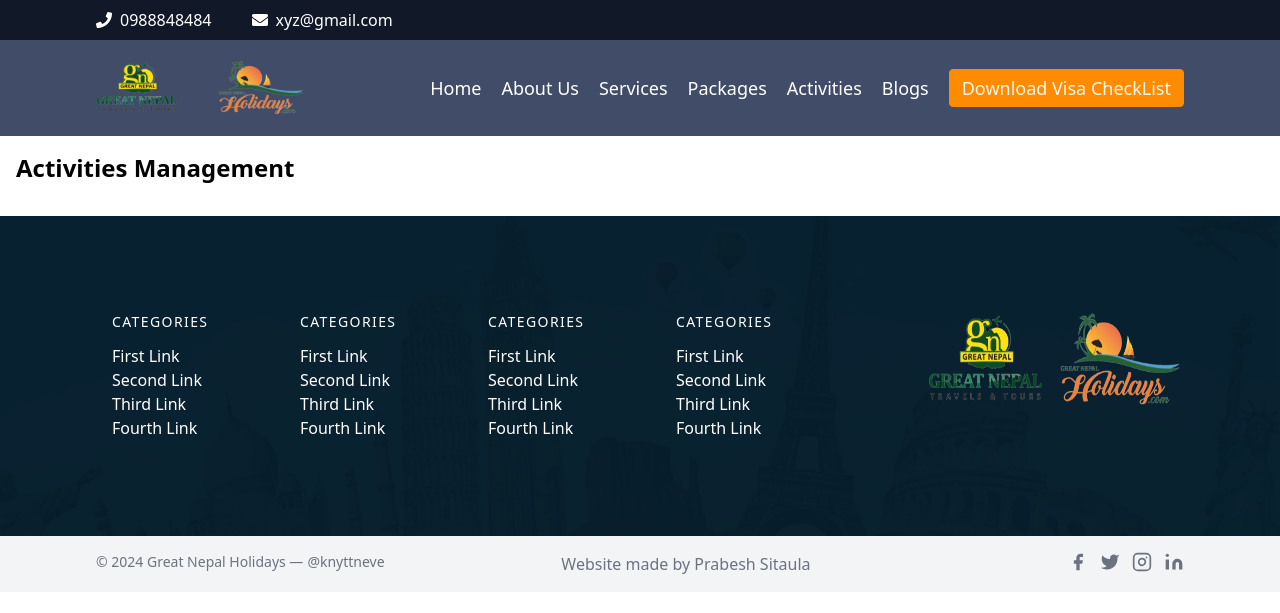
Repository: prabeshsitaula07/greatnepalholidays
Page: /aa (app in frontend/)
The author's editor kept a copy of each file at every save. The page is drawn from the files as they stood at one save, then again after a run of saves.
The browser window is 1280 px wide. The pictures show the whole page.
The page's requests for data from a server got no answer. Some web fonts or font styles are not loaded; a fallback is used. The project was rebuilt for these pictures with package versions that can differ from the ones it lists, and the page was loaded fresh each time. No one was signed in, and anything a server would have sent is missing. Also part of the build but not shown: frontend/vite.config.ts, frontend/src/components/Contact/Contact.tsx, frontend/src/components/AboutUs/Gallery.tsx, frontend/src/components/Package/InternationalPackage.tsx, frontend/src/components/Package/NepalPackage.tsx, frontend/src/components/Services/TripHandling.tsx, frontend/src/components/Team/Team.tsx, frontend/src/components/Testimonial/Testimonial.tsx and 5 more. Imported but missing from the stored project, and not drawn on this page: frontend/src/assets/bgvideo.mp4.

Above is the page before, as saved 2024-11-27 10:56:00.

### frontend/index.html
<!doctype html>
<html lang="en">
  <head>
    <meta charset="UTF-8" />
    <link rel="icon" type="image/svg+xml" href="/icon.png" />
    <meta name="viewport" content="width=device-width, initial-scale=1.0" />
    <title>Vite + React + TS</title>
  </head>
  <body>
    <div id="root"></div>
    <script type="module" src="/src/main.tsx"></script>
  </body>
</html>

### frontend/src/index.css
@import url('https://fonts.googleapis.com/css2?family=Arima:wght@100..700&family=Parkinsans:wght@300..800&display=swap');
@import url('https://fonts.googleapis.com/css2?family=Arima:wght@100..700&family=Fira+Sans:ital,wght@0,100;0,200;0,300;0,400;0,500;0,600;0,700;0,800;0,900;1,100;1,200;1,300;1,400;1,500;1,600;1,700;1,800;1,900&family=Parkinsans:wght@300..800&display=swap');

@tailwind base;
@tailwind components;
@tailwind utilities;

### frontend/src/App.tsx
import { BrowserRouter as Router, Routes, Route } from 'react-router-dom';
import Navbar from "./components/Navbar/Navbar";
import Home from "./components/Home/Home";
// import About from "./components/About/About"; // Example of another page
import Footer from "./components/Footer/Footer"; // Assuming you have a Footer component
import P from './P';
import Aa from './components/Package/aa';

export default function App() {
  return (
    <Router>
      <Navbar />  {/* Navbar is always visible */}
      <Routes>
        <Route path="/" element={<Home />} />
        <Route path="/p" element={<P />} />
        <Route path="/aa" element={<Aa />} />
      </Routes>
      <Footer />
    </Router>
  );
}

### frontend/src/components/Navbar/Navbar.tsx
import { Link } from 'react-router-dom';
import { useState, useEffect } from 'react';
import { FaPhone, FaEnvelope } from 'react-icons/fa';
import logo1 from '../../assets/logo1.png';
import logo2 from '../../assets/logo2.png';

export default function Navbar() {
    const [isScrolled, setIsScrolled] = useState(false);

    // Detect scroll and update navbar background and position
    useEffect(() => {
        const handleScroll = () => {
            if (window.scrollY > 50) {
                setIsScrolled(true);  // Fix the navbar to the top when scrolled past 50px
            } else {
                setIsScrolled(false); // Keep the navbar in normal flow when at the top
            }
        };

        window.addEventListener('scroll', handleScroll);

        // Clean up the event listener on component unmount
        return () => {
            window.removeEventListener('scroll', handleScroll);
        };
    }, []);

    return (
        <>
            <div className='w-full bg-darktheme flex gap-10 px-5 py-2 md:px-24'>
                <span className='text-white flex items-center'>
                    <FaPhone className="mr-2" /> 0988848484
                </span>
                <span className='text-white flex items-center'>
                    <FaEnvelope className="mr-2" /> xyz@gmail.com
                </span>
            </div>

            <header
                className={`text-black body-font w-full z-20 transition-all duration-300 ${isScrolled ? 'fixed top-0 bg-primary shadow-md' : 'bg-[#2f3c5ae8] text-white'}`}
            >

                <div className="container mx-auto flex flex-wrap p-5 md:px-24 flex-col md:flex-row items-center">
                    <div className="flex title-font font-medium items-center mb-4 md:mb-0 gap-10">
                        <Link to='/'>
                            <img src={logo1} alt="" className='h-14 w-auto' />
                        </Link>
                        <Link to='/'>
                            <img src={logo2} alt="" className='h-14 w-auto' />
                        </Link>
                    </div>
                    <nav className="md:ml-auto flex flex-wrap items-center justify-center text-lg">
                        <Link to='' className="mr-5 hover:text-darkorange">Home</Link>
                        <Link to='' className="mr-5 hover:text-darkorange">About Us</Link>
                        <Link to='' className="mr-5 hover:text-darkorange">Services</Link>
                        <Link to='' className="mr-5 hover:text-darkorange">Packages</Link>
                        <Link to='' className="mr-5 hover:text-darkorange">Activities</Link>
                        <Link to='' className="mr-5 hover:text-darkorange">Blogs</Link>
                    </nav>
                    <button className="inline-flex items-center text-primary bg-darkorange border border-darkorange py-1 px-3 focus:outline-none hover:bg-primary text-lg hover:text-darkorange rounded mt-4 md:mt-0">
                        Download Visa CheckList
                    </button>
                </div>
            </header>
        </>
    );
}

### frontend/src/components/Footer/Footer.tsx
import { Link } from "react-router-dom";
import logo1 from '../../assets/logo1.png';
import logo2 from '../../assets/logo2.png';
import footerbg from '../../assets/footerbg.png';
export default function Footer() {
    return (
        <footer
            className="text-white body-font bg-cover bg-center"
            style={{
                backgroundImage: `url(${footerbg})`,
            }}
        >
            <div className="container px-5 py-24 md:px-24 mx-auto flex md:items-center lg:items-start md:flex-row md:flex-nowrap flex-wrap flex-col">
                <div className="w-64 flex gap-4 md:mx-0 mx-auto text-center md:text-left md:mt-0 mt-10">
                    <Link to='/'>
                        <img src={logo1} alt="" className="h-24" />
                    </Link>
                    <Link to='/'>
                        <img src={logo2} alt="" className="h-24" />
                    </Link>
                </div>
                <div className="flex-grow flex flex-wrap md:pr-20 -mb-10 md:text-left text-center order-first">
                    <div className="lg:w-1/4 md:w-1/2 w-full px-4">
                        <h2 className="title-font font-medium text-white tracking-widest text-sm mb-3">CATEGORIES</h2>
                        <nav className="list-none mb-10">
                            <li>
                                <Link to='' className="text-white hover:text-gray-800">First Link</Link>
                            </li>
                            <li>
                                <Link to='' className="text-white hover:text-gray-800">Second Link</Link>
                            </li>
                            <li>
                                <Link to='' className="text-white hover:text-gray-800">Third Link</Link>
                            </li>
                            <li>
                                <Link to='' className="text-white hover:text-gray-800">Fourth Link</Link>
                            </li>
                        </nav>
                    </div>
                    <div className="lg:w-1/4 md:w-1/2 w-full px-4">
                        <h2 className="title-font font-medium text-white tracking-widest text-sm mb-3">CATEGORIES</h2>
                        <nav className="list-none mb-10">
                            <li>
                                <Link to='' className="text-white hover:text-gray-800">First Link</Link>
                            </li>
                            <li>
                                <Link to='' className="text-white hover:text-gray-800">Second Link</Link>
                            </li>
                            <li>
                                <Link to='' className="text-white hover:text-gray-800">Third Link</Link>
                            </li>
                            <li>
                                <Link to='' className="text-white hover:text-gray-800">Fourth Link</Link>
                            </li>
                        </nav>
                    </div>
                    <div className="lg:w-1/4 md:w-1/2 w-full px-4">
                        <h2 className="title-font font-medium text-white tracking-widest text-sm mb-3">CATEGORIES</h2>
                        <nav className="list-none mb-10">
                            <li>
                                <Link to='' className="text-white hover:text-gray-800">First Link</Link>
                            </li>
                            <li>
                                <Link to='' className="text-white hover:text-gray-800">Second Link</Link>
                            </li>
                            <li>
                                <Link to='' className="text-white hover:text-gray-800">Third Link</Link>
                            </li>
                            <li>
                                <Link to='' className="text-white hover:text-gray-800">Fourth Link</Link>
                            </li>
                        </nav>
                    </div>
                    <div className="lg:w-1/4 md:w-1/2 w-full px-4">
                        <h2 className="title-font font-medium text-white tracking-widest text-sm mb-3">CATEGORIES</h2>
                        <nav className="list-none mb-10">
                            <li>
                                <Link to='' className="text-white hover:text-gray-800">First Link</Link>
                            </li>
                            <li>
                                <Link to='' className="text-white hover:text-gray-800">Second Link</Link>
                            </li>
                            <li>
                                <Link to='' className="text-white hover:text-gray-800">Third Link</Link>
                            </li>
                            <li>
                                <Link to='' className="text-white hover:text-gray-800">Fourth Link</Link>
                            </li>
                        </nav>
                    </div>
                </div>
            </div>
            <div className="bg-gray-100">
                <div className="container mx-auto py-4 px-5 md:px-24 flex flex-wrap flex-col sm:flex-row">
                    <p className="text-gray-500 text-sm text-center sm:text-left">© 2024 Great Nepal Holidays —
                        <Link to='https://twitter.com/knyttneve' rel="noopener noreferrer" className="text-gray-500 ml-1" target="_blank">@knyttneve</Link>
                    </p>
                    <span className="text-gray-500 mx-auto md:px-24">
                        Website made by <a href="https://prabeshsitaula.com.np/" target="_blank">Prabesh Sitaula</a>
                    </span>
                    <span className="inline-flex sm:ml-auto sm:mt-0 mt-2 justify-center sm:justify-start">
                        <Link to='' className="text-gray-500">
                            <svg fill="currentColor" stroke-linecap="round" stroke-linejoin="round" stroke-width="2" className="w-5 h-5" viewBox="0 0 24 24">
                                <path d="M18 2h-3a5 5 0 00-5 5v3H7v4h3v8h4v-8h3l1-4h-4V7a1 1 0 011-1h3z"></path>
                            </svg>
                        </Link>
                        <Link to='' className="ml-3 text-gray-500">
                            <svg fill="currentColor" stroke-linecap="round" stroke-linejoin="round" stroke-width="2" className="w-5 h-5" viewBox="0 0 24 24">
                                <path d="M23 3a10.9 10.9 0 01-3.14 1.53 4.48 4.48 0 00-7.86 3v1A10.66 10.66 0 013 4s-4 9 5 13a11.64 11.64 0 01-7 2c9 5 20 0 20-11.5a4.5 4.5 0 00-.08-.83A7.72 7.72 0 0023 3z"></path>
                            </svg>
                        </Link>
                        <Link to='' className="ml-3 text-gray-500">
                            <svg fill="none" stroke="currentColor" stroke-linecap="round" stroke-linejoin="round" stroke-width="2" className="w-5 h-5" viewBox="0 0 24 24">
                                <rect width="20" height="20" x="2" y="2" rx="5" ry="5"></rect>
                                <path d="M16 11.37A4 4 0 1112.63 8 4 4 0 0116 11.37zm1.5-4.87h.01"></path>
                            </svg>
                        </Link>
                        <Link to='' className="ml-3 text-gray-500">
                            <svg fill="currentColor" stroke="currentColor" stroke-linecap="round" stroke-linejoin="round" stroke-width="0" className="w-5 h-5" viewBox="0 0 24 24">
                                <path stroke="none" d="M16 8a6 6 0 016 6v7h-4v-7a2 2 0 00-2-2 2 2 0 00-2 2v7h-4v-7a6 6 0 016-6zM2 9h4v12H2z"></path>
                                <circle cx="4" cy="4" r="2" stroke="none"></circle>
                            </svg>
                        </Link>
                    </span>
                </div>
            </div>
        </footer>
    )
}

### frontend/src/components/Package/aa.tsx
// src/App.tsx

import { useState, useEffect } from 'react';
import { BrowserRouter as Router, Routes, Route, Link, useNavigate } from 'react-router-dom';
import axios from 'axios';

interface Activity {
  id: number;
  activity: string;
  place: string;
  price: string;
  country: string;
  imageurl: string;
  description: string;
}

const App = () => {
  const [activities, setActivities] = useState<Activity[]>([]);
  const navigate = useNavigate();

  useEffect(() => {
    fetchActivities();
  }, []);

  // Fetch all activities
  const fetchActivities = async () => {
    try {
      const response = await axios.get<Activity[]>('http://localhost:5000/api/activities');
      setActivities(response.data);
    } catch (error) {
      console.error('Error fetching activities', error);
    }
  };

  // Navigate to activity details page
  const handleView = (id: number) => {
    navigate(`/activity/${id}`);
  };

  return (
    <div className="container mx-auto p-4">
      <h1 className="text-2xl font-bold mb-4">Activities Management</h1>

      <div className="space-y-4">
        {activities.map((activity) => (
          <div key={activity.id} className="border p-4 mb-2 flex justify-between items-center">
            <div>
              <h2 className="text-lg font-bold">{activity.activity}</h2>
              <p>{activity.description}</p>
            </div>
            <div className="flex space-x-2">
              <button
                onClick={() => handleView(activity.id)}
                className="bg-green-500 text-white p-2 rounded"
              >
                View
              </button>
            </div>
          </div>
        ))}
      </div>
    </div>
  );
};

export default App;

### frontend/tailwind.config.js
/** @type {import('tailwindcss').Config} */
export default {
  content: [
    "./index.html",
    "./src/**/*.{js,ts,jsx,tsx}",
  ],
  theme: {
    extend: {
      colors: {
        primary: '#fdf6ea',
        darkorange: '#ff8c00',
        navbarbg: '#595f6d',
        darktheme: '#111827',
      },
      fontFamily:{
        parkinsans: "Parkinsans",
        fira: "Fira Sans",
      }
    },
  },
  plugins: [],
}

Loaded but not shown: frontend/src/main.tsx (common file)

After the next 2 saves:
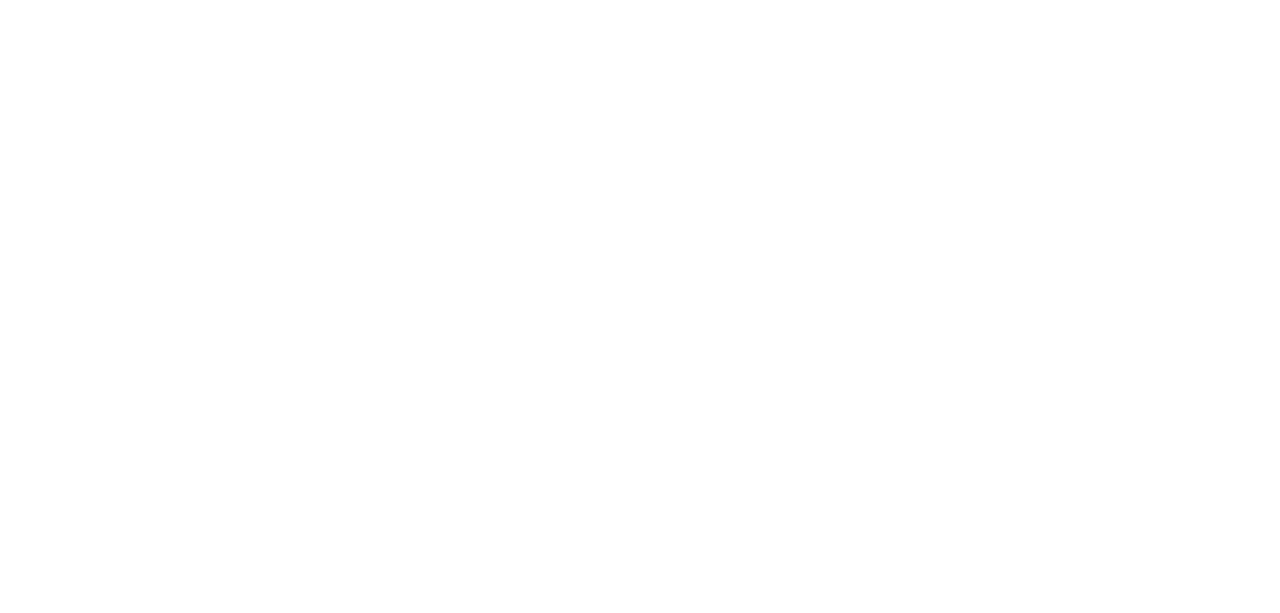
Console error: ReferenceError: useNavigate is not defined
The 2 saves are shown as one change because they came seconds apart.
The last was saved 8 s later.
--- a/frontend/src/components/Package/aa.tsx
+++ b/frontend/src/components/Package/aa.tsx
@@ -1,7 +1,7 @@
 // src/App.tsx
 
 import { useState, useEffect } from 'react';
-import { BrowserRouter as Router, Routes, Route, Link, useNavigate } from 'react-router-dom';
+
 import axios from 'axios';
 
 interface Activity {

After the save that followed:
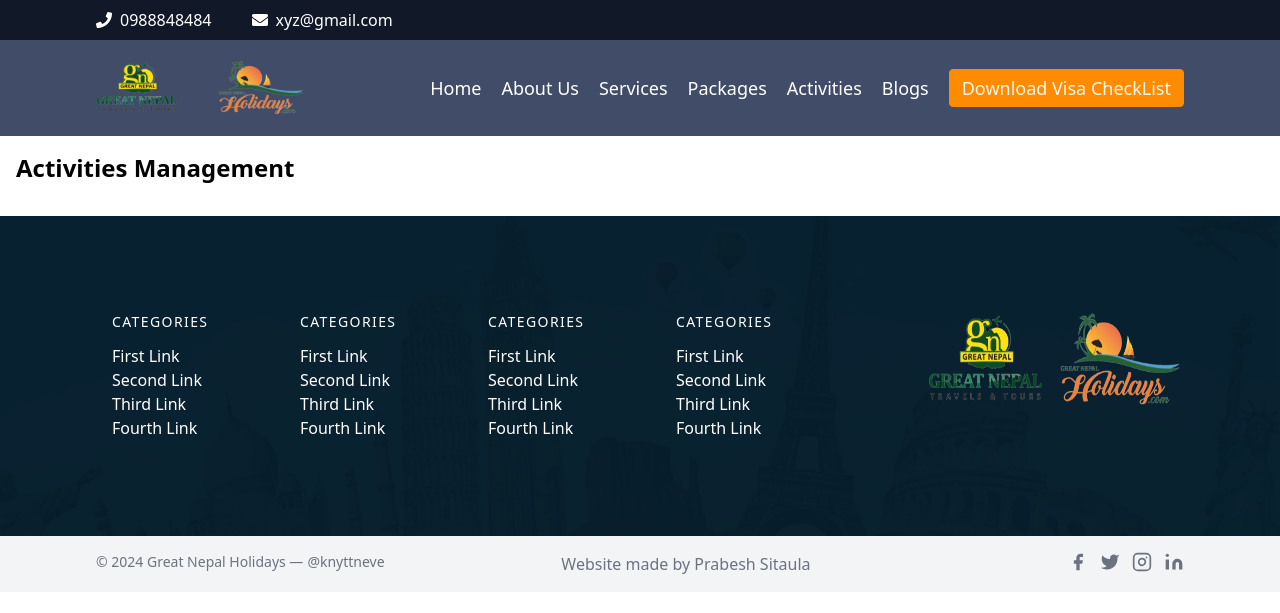
The error is gone.
Saved 5 s later.
--- a/frontend/src/components/Package/aa.tsx
+++ b/frontend/src/components/Package/aa.tsx
@@ -1,7 +1,7 @@
 // src/App.tsx
 
 import { useState, useEffect } from 'react';
-
+import { useNavigate } from 'react-router-dom';
 import axios from 'axios';
 
 interface Activity {
